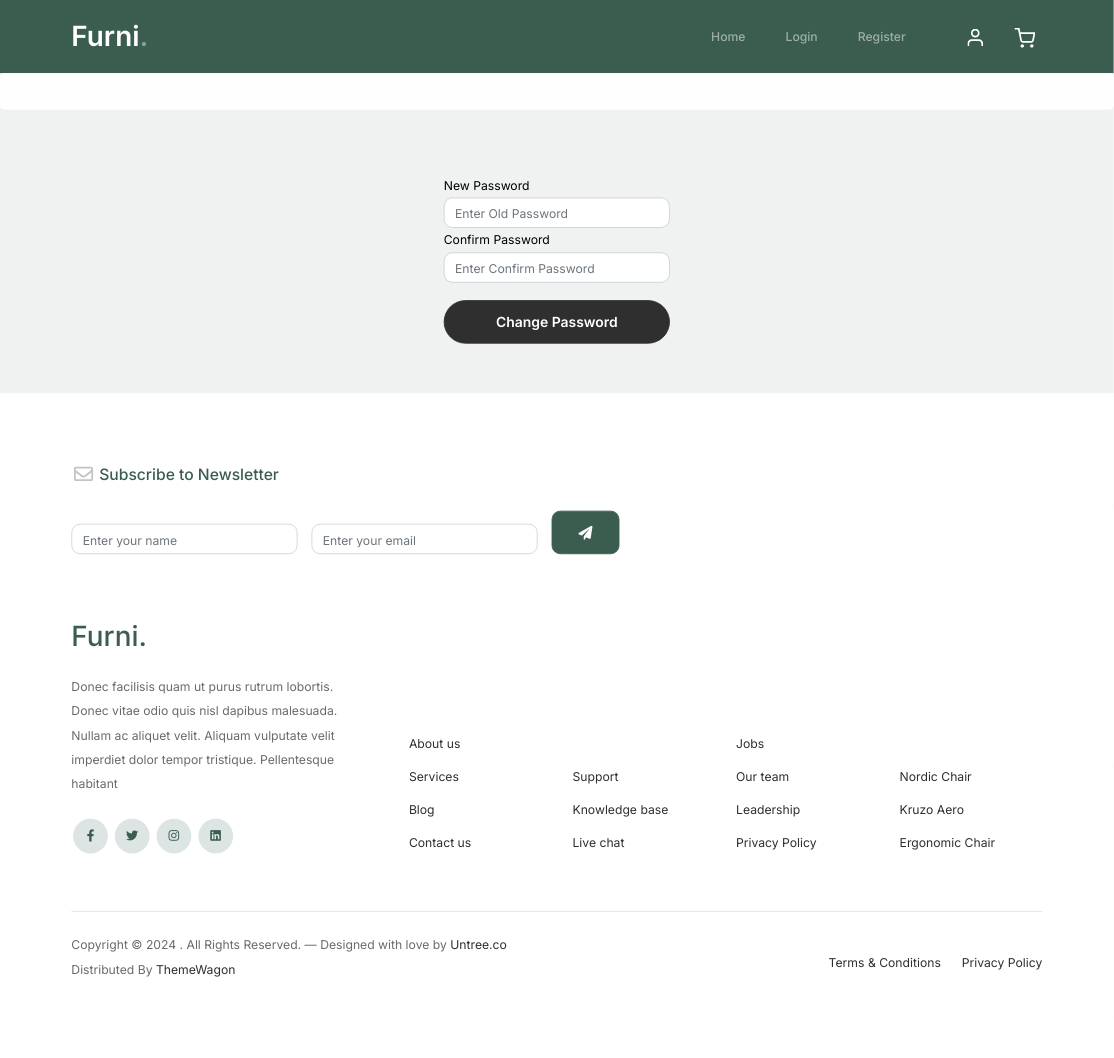
Repository: testuser85495/Java-Practical
Page: http://localhost/Project_Demo/sell-new-password.jsp
The author's editor kept a copy of each file at every save. The page is drawn from the files as they stood at one save, then again after a run of saves.
The browser window is 1280 px wide. The pictures show the whole page, at 87% of full size.
The page is served by Tomcat 9. Other server files are loaded and not shown.

Above is the page before, as saved 2024-07-14 09:00:40.

### Project_Demo/src/main/webapp/sell-new-password.jsp
<%@ page  language="java" contentType="text/html; charset=UTF-8"
    pageEncoding="UTF-8"%>
<!DOCTYPE html>
<html>
<head>
<meta charset="UTF-8">
<title>New Password</title>
<style>
.btn {
	margin-top: 20px;
	width: 100%;
}

.form-control {
	height: 35px;
	border-radius: 10px;
	font-family: "Inter", sans-serif;
}

.contain {
	display: flex;
	align-items: center;
	justify-content: center;
	height: 310px;
	width: 50%;
}

.main {
	display: flex;
	align-items: center;
	justify-content: center;
}

.scriptlet {
	color: red;
	font-size: 10px;
}

.reg {
	margin-top: 20px;
}

.dropdown:hover .dropdown-content {
	display: block;
}

.dropdown-content {
	display: none;
	position: absolute;
	background-color: #3b5d50;
	min-width: 200px;
	box-shadow: 0px 8px 16px 0px rgba(0, 0, 0, 0.2);
	padding: 11px;
	z-index: 10;
	/* margin-left: 0px; */
}

.dropdown {
	position: relative;
	display: inline-block;
}
</style>
</head>
<body>

<!-- Start Header/Navigation -->
	<nav
		class="custom-navbar navbar navbar navbar-expand-md navbar-dark bg-dark"
		arial-label="Furni navigation bar">

		<div class="container">
			<a class="navbar-brand" href="#">Furni<span>.</span></a>

			<button class="navbar-toggler" type="button"
				data-bs-toggle="collapse" data-bs-target="#navbarsFurni"
				aria-controls="navbarsFurni" aria-expanded="false"
				aria-label="Toggle navigation">
				<span class="navbar-toggler-icon"></span>
			</button>

			<div class="collapse navbar-collapse" id="navbarsFurni">
				<ul class="custom-navbar-nav navbar-nav ms-auto mb-2 mb-md-0">
					<li class="nav-item "><a class="nav-link" href="index.jsp">Home</a>
					</li>
					<div class="dropdown">
						<li><a class="nav-link" href="#">Login</a></li>
						<div class="dropdown-content">
							<ul type="none">
								<li><a href="login.jsp" style="text-decoration: none;">cust-login</a></li>
							</ul>
							<ul type="none">
								<li><a href="sell-login.jsp" style="text-decoration: none;">sell-login</a></li>
							</ul>
						</div>
					</div>
					<div class="dropdown">
						<li><a class="nav-link" href="#">Register</a></li>
						<div class="dropdown-content">
							<ul type="none">
								<li><a href="register.jsp" style="text-decoration: none;">cust-Register</a></li>
							</ul>
							<ul type="none">
								<li><a href="sell-register.jsp"
									style="text-decoration: none;">sell-Register</a></li>
							</ul>
						</div>
					</div>
					<!-- <li><a class="nav-link" href="register.jsp">register</a></li>
						<li><a class="nav-link" href="login.jsp">login</a></li> -->
				</ul>

				<ul class="custom-navbar-cta navbar-nav mb-2 mb-md-0 ms-5">
					<li><a class="nav-link" href="#"><img
							src="images/user.svg"></a></li>
					<li><a class="nav-link" href="cart.html"><img
							src="images/cart.svg"></a></li>
				</ul>
			</div>
		</div>

	</nav>
	<!-- End Header/Navigation -->
	<div class="alert alert-light" role="alert">

		<h2 class="scriptlet">
			<%
			String msg = (String) request.getAttribute("msg");
			%>
			<%
			if (msg != null) {
				out.print(msg);
			%>
			<%
			}
			%>
		</h2>

	</div>
<form action="Sellercontroller" method="post">
		<div class="main">
			<div class="contain">
				<div class="">
					<div class="">
					<%String email= (String)request.getAttribute("email"); %>
						<div class="form-group">
						 <input type="hidden" name="email" value="<%=email %>">
							<label class="text-black" for="lname">New Password</label> <input
								type="text" class="form-control" name="np" id="lname"
								placeholder="Enter Old Password">
						</div>
					</div>
					<div class="">
						<div class="form-group">
							<label class="text-black" for="lname">Confirm Password</label> <input
								type="password" class="form-control" name="cp" id="lname"
								placeholder="Enter Confirm Password">
						</div>
					</div>
					<button type="submit" class="cp btn btn-primary-hover-outline"
						name="action" value="change-forgot-pass">Change Password</button>

				</div>
			</div>
		</div>
	</form>
</body>
</html>
<%@include file="footer.jsp"%>

### Project_Demo/src/main/webapp/footer.jsp
<%@ page language="java" contentType="text/html; charset=UTF-8"
	pageEncoding="UTF-8"%>
<!DOCTYPE html>
<html>
<head>
  <meta charset="utf-8">
  <meta name="viewport" content="width=device-width, initial-scale=1, shrink-to-fit=no">
  <meta name="author" content="Untree.co">
  <link rel="shortcut icon" href="favicon.png">

  <meta name="description" content="" />
  <meta name="keywords" content="bootstrap, bootstrap4" />

		<!-- Bootstrap CSS -->
		<link href="css/bootstrap.min.css" rel="stylesheet">
		<link href="https://cdnjs.cloudflare.com/ajax/libs/font-awesome/6.0.0-beta3/css/all.min.css" rel="stylesheet">
		<link href="css/tiny-slider.css" rel="stylesheet">
		<link href="css/style.css" rel="stylesheet">
		<title>Shoping</title>
	</head>

<body>
	<!-- Start Footer Section -->
	<footer class="footer-section">
		<div class="container relative">

			<div class="sofa-img">
				<!-- <img src="images/sofa.png" alt="Image" class="img-fluid"> -->
			</div>

			<div class="row">
				<div class="col-lg-8">
					<div class="subscription-form">
						<h3 class="d-flex align-items-center">
							<span class="me-1"><img src="images/envelope-outline.svg"
								alt="Image" class="img-fluid"></span><span>Subscribe to
								Newsletter</span>
						</h3>

						<form action="#" class="row g-3">
							<div class="col-auto">
								<input type="text" class="form-control"
									placeholder="Enter your name">
							</div>
							<div class="col-auto">
								<input type="email" class="form-control"
									placeholder="Enter your email">
							</div>
							<div class="col-auto">
								<button class="btn btn-primary">
									<span class="fa fa-paper-plane"></span>
								</button>
							</div>
						</form>

					</div>
				</div>
			</div>

			<div class="row g-5 mb-5">
				<div class="col-lg-4">
					<div class="mb-4 footer-logo-wrap">
						<a href="#" class="footer-logo">Furni<span>.</span></a>
					</div>
					<p class="mb-4">Donec facilisis quam ut purus rutrum lobortis.
						Donec vitae odio quis nisl dapibus malesuada. Nullam ac aliquet
						velit. Aliquam vulputate velit imperdiet dolor tempor tristique.
						Pellentesque habitant</p>

					<ul class="list-unstyled custom-social">
						<li><a href="#"><span class="fa fa-brands fa-facebook-f"></span></a></li>
						<li><a href="#"><span class="fa fa-brands fa-twitter"></span></a></li>
						<li><a href="#"><span class="fa fa-brands fa-instagram"></span></a></li>
						<li><a href="#"><span class="fa fa-brands fa-linkedin"></span></a></li>
					</ul>
				</div>

				<div class="col-lg-8">
					<div class="row links-wrap">
						<div class="col-6 col-sm-6 col-md-3">
							<ul class="list-unstyled">
								<li><a href="#">About us</a></li>
								<li><a href="#">Services</a></li>
								<li><a href="#">Blog</a></li>
								<li><a href="#">Contact us</a></li>
							</ul>
						</div>

						<div class="col-6 col-sm-6 col-md-3">
							<ul class="list-unstyled">
								<li><a href="#">Support</a></li>
								<li><a href="#">Knowledge base</a></li>
								<li><a href="#">Live chat</a></li>
							</ul>
						</div>

						<div class="col-6 col-sm-6 col-md-3">
							<ul class="list-unstyled">
								<li><a href="#">Jobs</a></li>
								<li><a href="#">Our team</a></li>
								<li><a href="#">Leadership</a></li>
								<li><a href="#">Privacy Policy</a></li>
							</ul>
						</div>

						<div class="col-6 col-sm-6 col-md-3">
							<ul class="list-unstyled">
								<li><a href="#">Nordic Chair</a></li>
								<li><a href="#">Kruzo Aero</a></li>
								<li><a href="#">Ergonomic Chair</a></li>
							</ul>
						</div>
					</div>
				</div>

			</div>

			<div class="border-top copyright">
				<div class="row pt-4">
					<div class="col-lg-6">
						<p class="mb-2 text-center text-lg-start">
							Copyright &copy;
							<script>
								document.write(new Date().getFullYear());
							</script>
							. All Rights Reserved. &mdash; Designed with love by <a
								href="https://untree.co">Untree.co</a> Distributed By <a
								href="https://themewagon.com">ThemeWagon</a>
							<!-- License information: https://untree.co/license/ -->
						</p>
					</div>

					<div class="col-lg-6 text-center text-lg-end">
						<ul class="list-unstyled d-inline-flex ms-auto">
							<li class="me-4"><a href="#">Terms &amp; Conditions</a></li>
							<li><a href="#">Privacy Policy</a></li>
						</ul>
					</div>

				</div>
			</div>

		</div>
	</footer>
	<!-- End Footer Section -->
	<script src="js/bootstrap.bundle.min.js"></script>
		<script src="js/tiny-slider.js"></script>
		<script src="js/custom.js"></script>
</body>
</html>

### Project_Demo/src/main/webapp/css/tiny-slider.css
.tns-outer {
	padding: 0 !important
}

.tns-outer [hidden] {
	display: none !important
}

.tns-outer [aria-controls],
.tns-outer [data-action] {
	cursor: pointer
}

.tns-slider {
	-webkit-transition: all 0s;
	-moz-transition: all 0s;
	transition: all 0s
}

.tns-slider>.tns-item {
	-webkit-box-sizing: border-box;
	-moz-box-sizing: border-box;
	box-sizing: border-box
}

.tns-horizontal.tns-subpixel {
	white-space: nowrap
}

.tns-horizontal.tns-subpixel>.tns-item {
	display: inline-block;
	vertical-align: top;
	white-space: normal
}

.tns-horizontal.tns-no-subpixel:after {
	content: '';
	display: table;
	clear: both
}

.tns-horizontal.tns-no-subpixel>.tns-item {
	float: left
}

.tns-horizontal.tns-carousel.tns-no-subpixel>.tns-item {
	margin-right: -100%
}

.tns-no-calc {
	position: relative;
	left: 0
}

.tns-gallery {
	position: relative;
	left: 0;
	min-height: 1px
}

.tns-gallery>.tns-item {
	position: absolute;
	left: -100%;
	-webkit-transition: transform 0s, opacity 0s;
	-moz-transition: transform 0s, opacity 0s;
	transition: transform 0s, opacity 0s
}

.tns-gallery>.tns-slide-active {
	position: relative;
	left: auto !important
}

.tns-gallery>.tns-moving {
	-webkit-transition: all 0.25s;
	-moz-transition: all 0.25s;
	transition: all 0.25s
}

.tns-autowidth {
	display: inline-block
}

.tns-lazy-img {
	-webkit-transition: opacity 0.6s;
	-moz-transition: opacity 0.6s;
	transition: opacity 0.6s;
	opacity: 0.6
}

.tns-lazy-img.tns-complete {
	opacity: 1
}

.tns-ah {
	-webkit-transition: height 0s;
	-moz-transition: height 0s;
	transition: height 0s
}

.tns-ovh {
	overflow: hidden
}

.tns-visually-hidden {
	position: absolute;
	left: -10000em
}

.tns-transparent {
	opacity: 0;
	visibility: hidden
}

.tns-fadeIn {
	opacity: 1;
	filter: alpha(opacity=100);
	z-index: 0
}

.tns-normal,
.tns-fadeOut {
	opacity: 0;
	filter: alpha(opacity=0);
	z-index: -1
}

.tns-vpfix {
	white-space: nowrap
}

.tns-vpfix>div,
.tns-vpfix>li {
	display: inline-block
}

.tns-t-subp2 {
	margin: 0 auto;
	width: 310px;
	position: relative;
	height: 10px;
	overflow: hidden
}

.tns-t-ct {
	width: 2333.3333333%;
	width: -webkit-calc(100% * 70/ 3);
	width: -moz-calc(100% * 70/ 3);
	width: calc(100% * 70/ 3);
	position: absolute;
	right: 0
}

.tns-t-ct:after {
	content: '';
	display: table;
	clear: both
}

.tns-t-ct>div {
	width: 1.4285714%;
	width: -webkit-calc(100%/ 70);
	width: -moz-calc(100%/ 70);
	width: calc(100%/ 70);
	height: 10px;
	float: left
}

/*# sourceMappingURL=sourcemaps/tiny-slider.css.map */

Loaded but not shown: Project_Demo/src/main/webapp/css/bootstrap.min.css (library); Project_Demo/src/main/webapp/js/bootstrap.bundle.min.js (library); Project_Demo/src/main/webapp/js/tiny-slider.js (library); Project_Demo/src/main/webapp/images/envelope-outline.svg (10 lines, source omitted); Project_Demo/src/main/webapp/images/cart.svg (5 lines, source omitted); Project_Demo/src/main/webapp/images/user.svg (4 lines, source omitted); Project_Demo/src/main/webapp/js/custom.js (73 lines, source omitted); Project_Demo/src/main/webapp/css/style.css (1033 lines, source omitted)

After the next 2 saves:
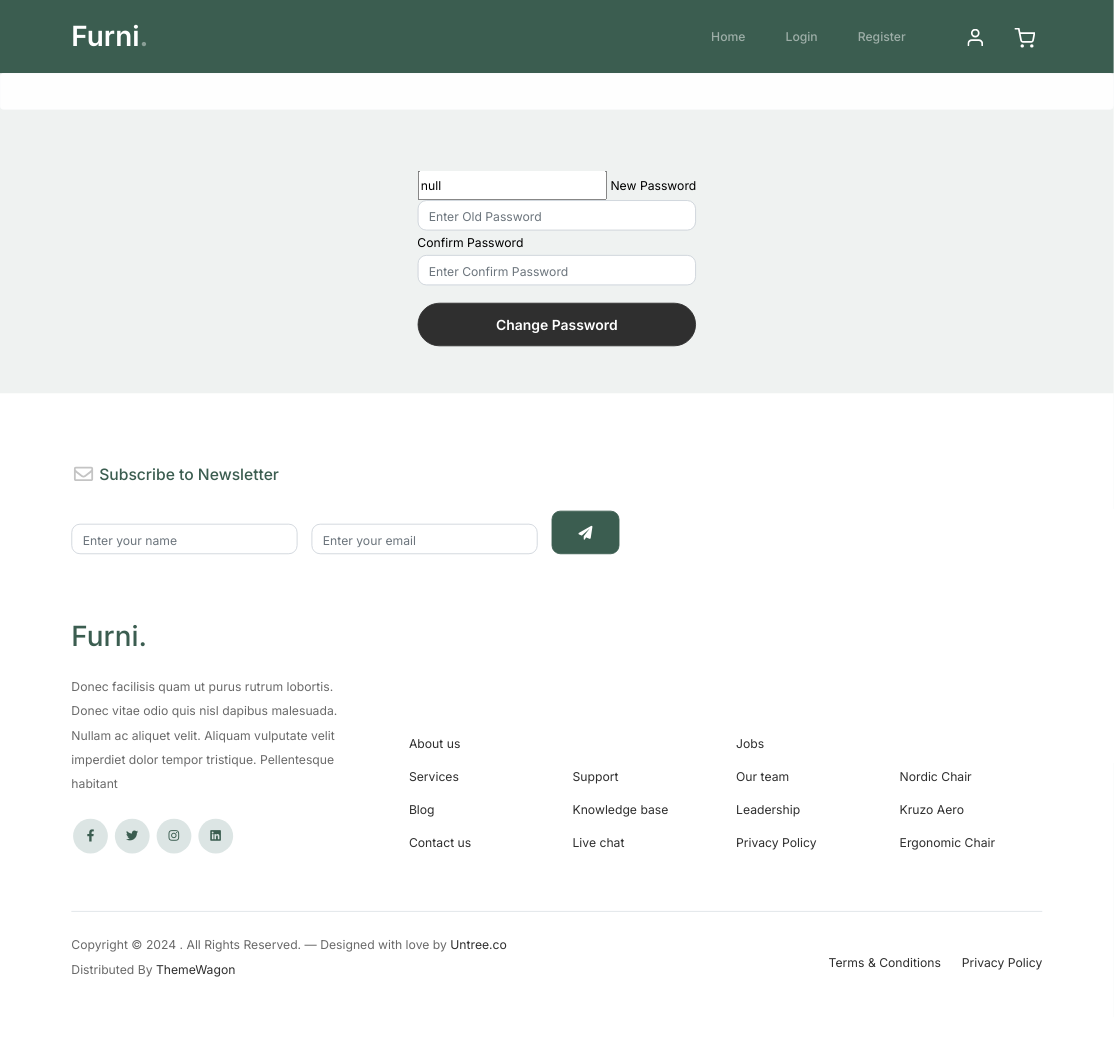
The 2 saves are shown as one change because they came seconds apart.
The last was saved 3 min 1 s later.
--- a/Project_Demo/src/main/webapp/sell-new-password.jsp
+++ b/Project_Demo/src/main/webapp/sell-new-password.jsp
@@ -143,7 +143,7 @@
 					<div class="">
 					<%String email= (String)request.getAttribute("email"); %>
 						<div class="form-group">
-						 <input type="hidden" name="email" value="<%=email %>">
+						 <input type="text" name="email" value="<%=email %>">
 							<label class="text-black" for="lname">New Password</label> <input
 								type="text" class="form-control" name="np" id="lname"
 								placeholder="Enter Old Password">
